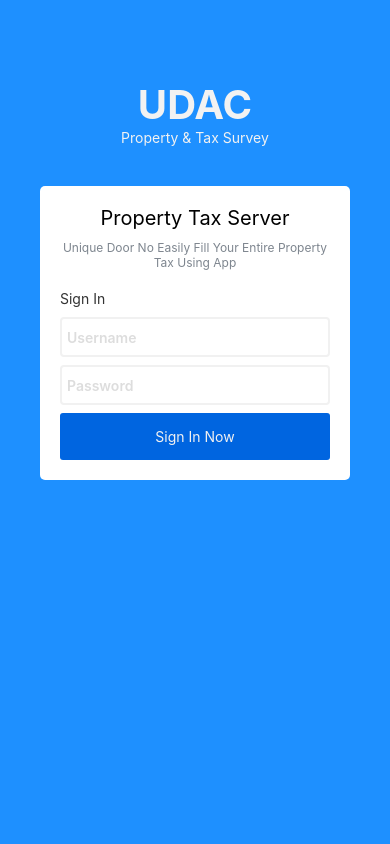
Repository: metalysm/BasicLoginPage
Screen: /
These files come from the project's save history. The screen is drawn as it stood at one moment and after the next save; the edit follows.
The app was drawn by React Native's web renderer in a window 390 px wide. The project was rebuilt for these pictures with package versions that can differ from the ones it lists, and the page was loaded fresh each time.

Above is the screen before, as saved 2019-12-05 16:43:28.

After the next save:
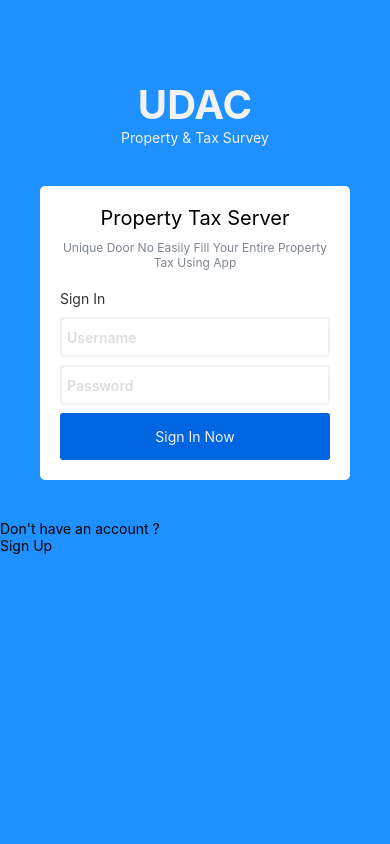
Saved 25 min 37 s later.
--- a/src/pages/Login.js
+++ b/src/pages/Login.js
@@ -4,7 +4,8 @@ import {
     StyleSheet,
     View,
     Text,
-    KeyboardAvoidingView
+    KeyboardAvoidingView,
+    TouchableOpacity
 } from 'react-native';
 import LoginForm from '../pages/LoginForm';
 
@@ -26,6 +27,13 @@ export default class Login extends Component {
                     </Text>
                         <LoginForm />
                     </View>
+                    <View style= {styles.signUpArea}>
+                        <Text style={styles.signUpDesc}>Don't have an account ?</Text>
+                    <TouchableOpacity>
+                        <Text style={styles.signUpText}>Sign Up</Text>
+                    </TouchableOpacity>
+                    </View>
+
                 </KeyboardAvoidingView>
             </View>
         );
